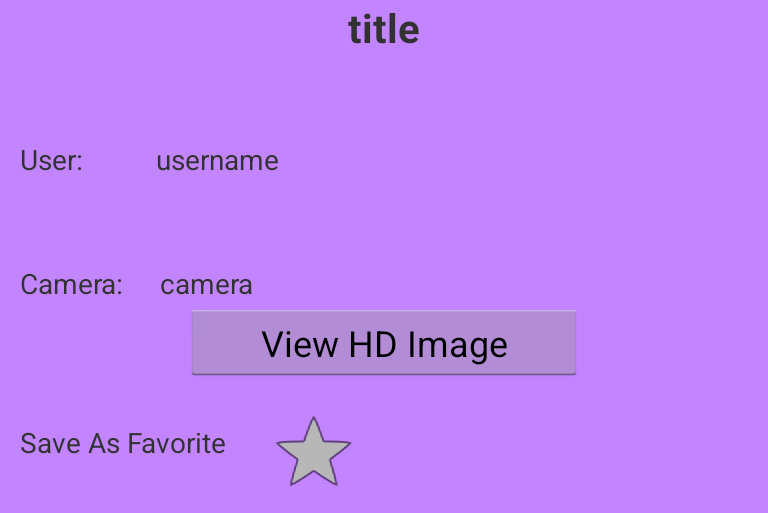
Repository: arianaantonio/Java2_Antonio
Layout: SpaceImageViewer/res/layout/details_activity.xml
These files come from the project's save history. The layout is drawn as it stood at one moment and after the next save; the edit follows.
The pictures show rows 0 to 513 of an output 1280 px tall.
Pictures or frames that could not be fetched are drawn as grey boxes. It is drawn on a 768 x 1280 px phone screen (xhdpi) without system bars, with theme AppTheme; the app's code is not run.

Above is the layout before, as saved 2014-07-31 06:05:38.

After the next save:
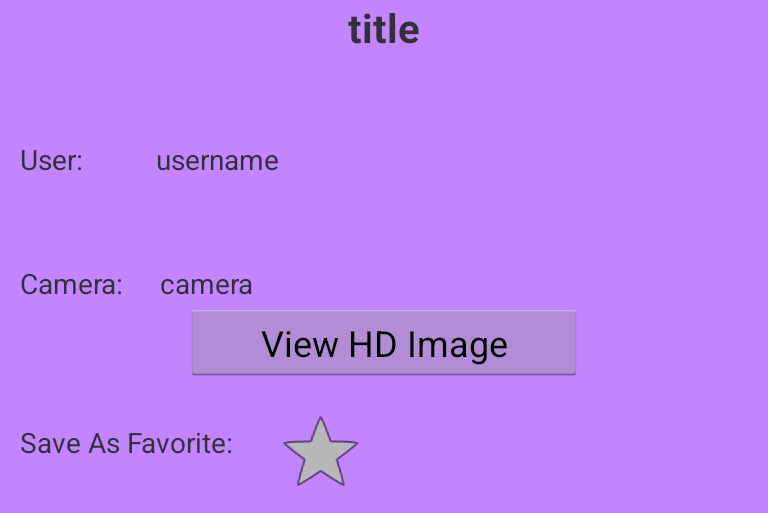
Saved 41 s later.
--- a/SpaceImageViewer/res/values/strings.xml
+++ b/SpaceImageViewer/res/values/strings.xml
@@ -13,7 +13,7 @@
     <string name="cameraString">Camera:</string>
     <string name="HDbutton">View HD Image</string>
     <string name="detailactivity">Details Activity</string>
-    <string name="favorite">Save As Favorite</string>
+    <string name="favorite">Save As Favorite:</string>
     <string name="preferences">Preferences</string>
     <string name="search">Search</string>
     <string name="favorites">Favorites:</string>
